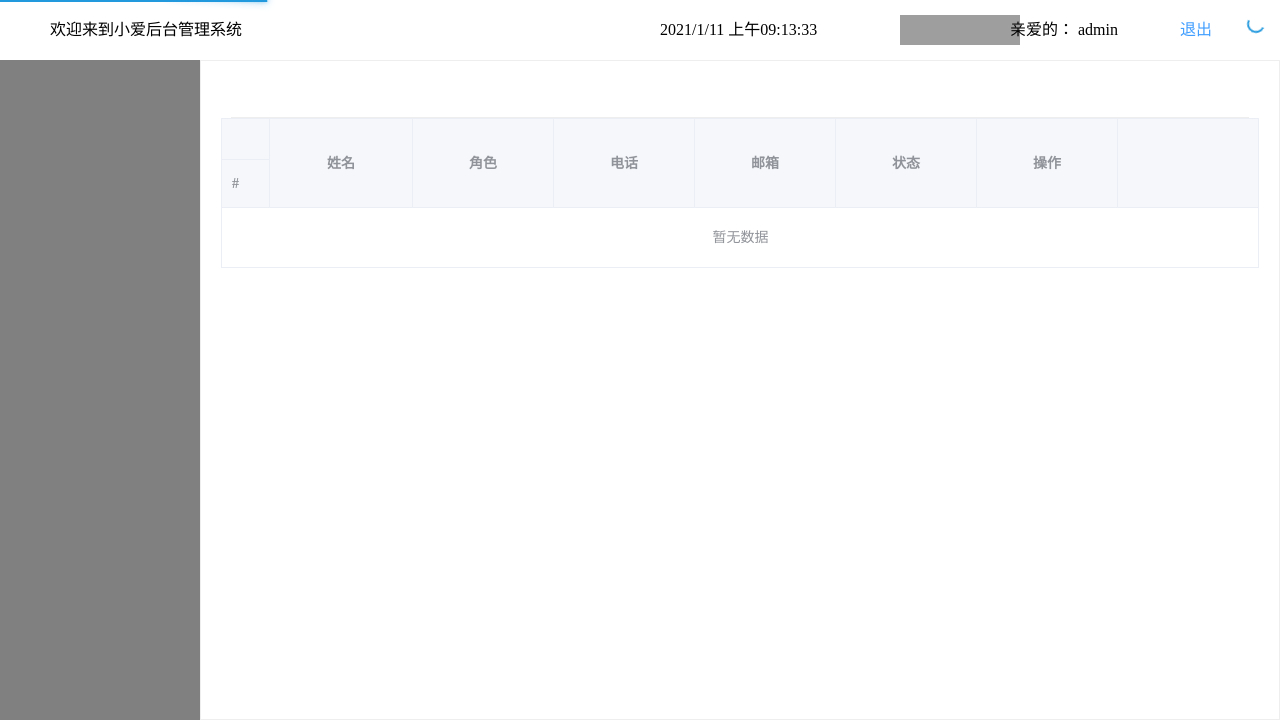
Repository: heyegang/vuex
Page: /usermanagement
These files come from the project's save history. The page is drawn as it stood at one moment and after the next save; the edit follows.
The browser window is 1280 px wide. The pictures show the whole page.
Pictures or frames that could not be fetched are drawn as grey boxes. The page's requests for data from a server got no answer. The project was rebuilt for these pictures with package versions that can differ from the ones it lists, and the page was loaded fresh each time. No one was signed in, and anything a server would have sent is missing. Also part of the build but not shown: vue.config.js, src/views/Home.vue, src/components/navsidebar/NavSidebar.vue.

Above is the page before, as saved 2021-01-12 11:18:43.

After the next save:
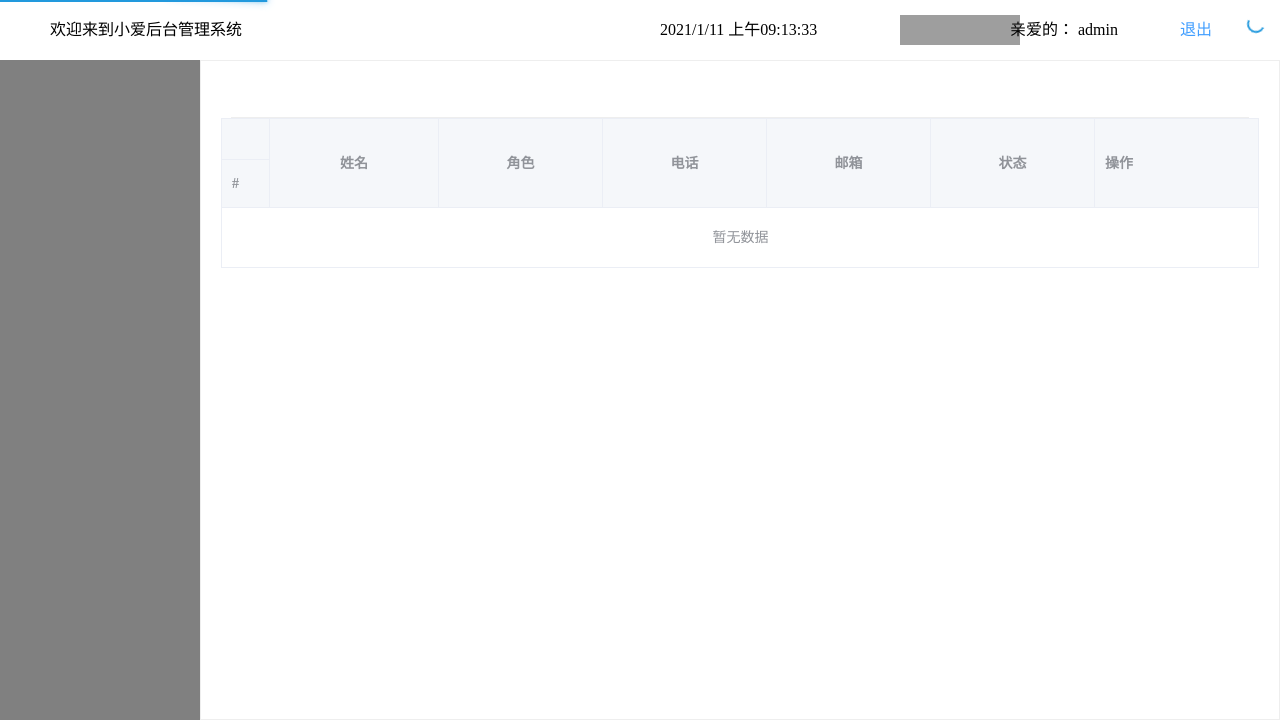
Saved 48 s later.
--- a/src/components/aitable/AiTable.vue
+++ b/src/components/aitable/AiTable.vue
@@ -17,7 +17,7 @@
         </el-table-column>
       </el-table-column>
       <el-table-column
-      v-for="(item,index) in columns"
+      v-for="(item,index) in columns.slice(0, columns.length - 1)"
       :key="index"
       :prop="item.prop"
       :label="item.label"
@@ -38,7 +38,7 @@
         </template>
       </el-table-column> -->
 
-      <el-table-column>
+      <el-table-column :label="columns[columns.length-1].label">
         <template slot-scope="scope">
           <slot name="action" :scope="scope"></slot>
         </template>
